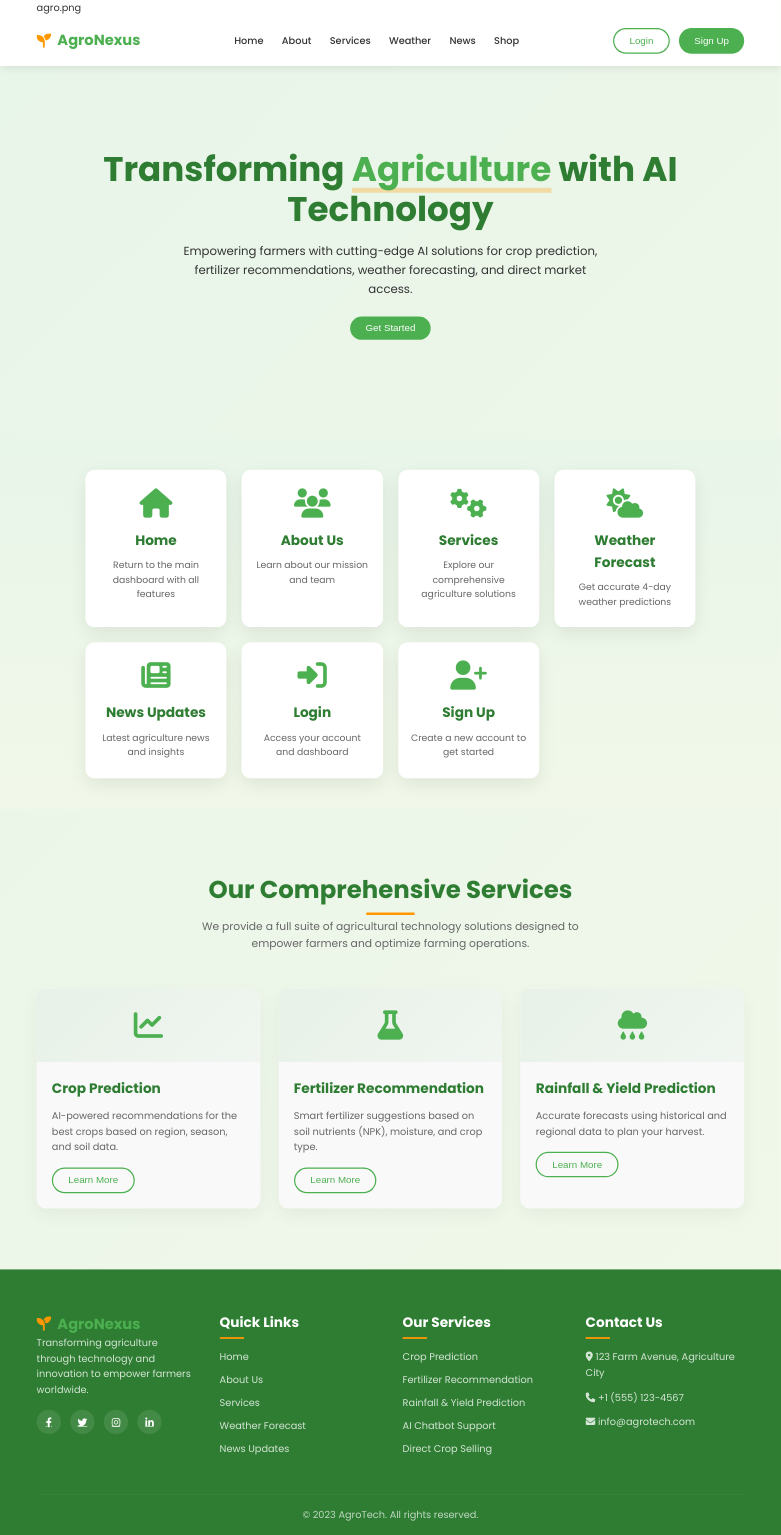
Repository: Sanika-ce/AgroNexus
Page: home.html
An editor plug-in stored every save of this project. The page is shown before and after the next save, followed by the edit.
The browser window is 1280 px wide. The pictures show the whole page, at 61% of full size.

Above is the page before, as saved 2025-08-02 14:13:54.

After the next save:
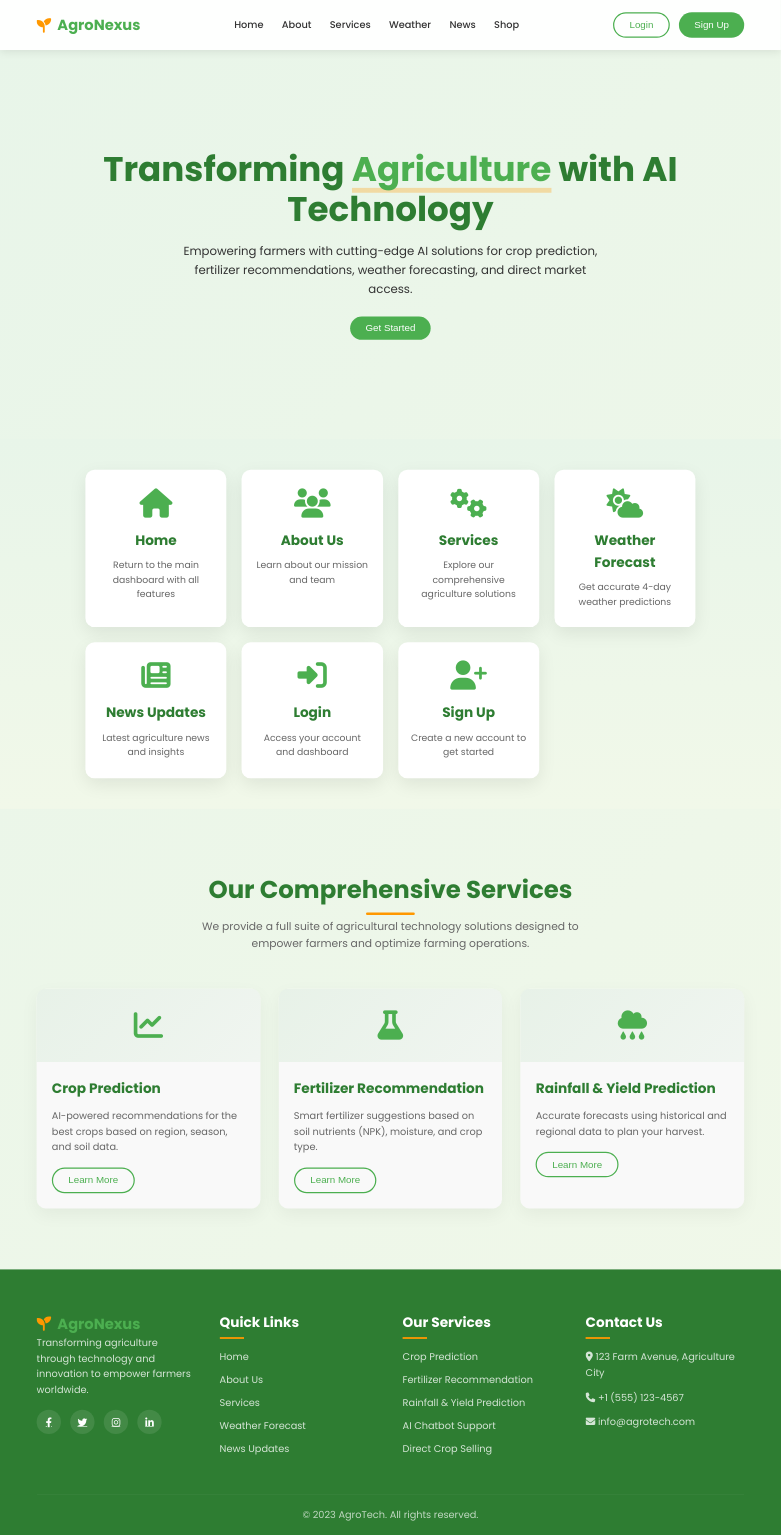
Saved 20 s later.
--- a/home.html
+++ b/home.html
@@ -9,10 +9,11 @@
     <link rel="stylesheet" href="home.css">
 </head>
 <body>
+
     <!-- Header & Navigation -->
     <header>
         <div class="container">
-            <image>agro.png</image>
+
             <nav>
                 <div class="logo">
 
